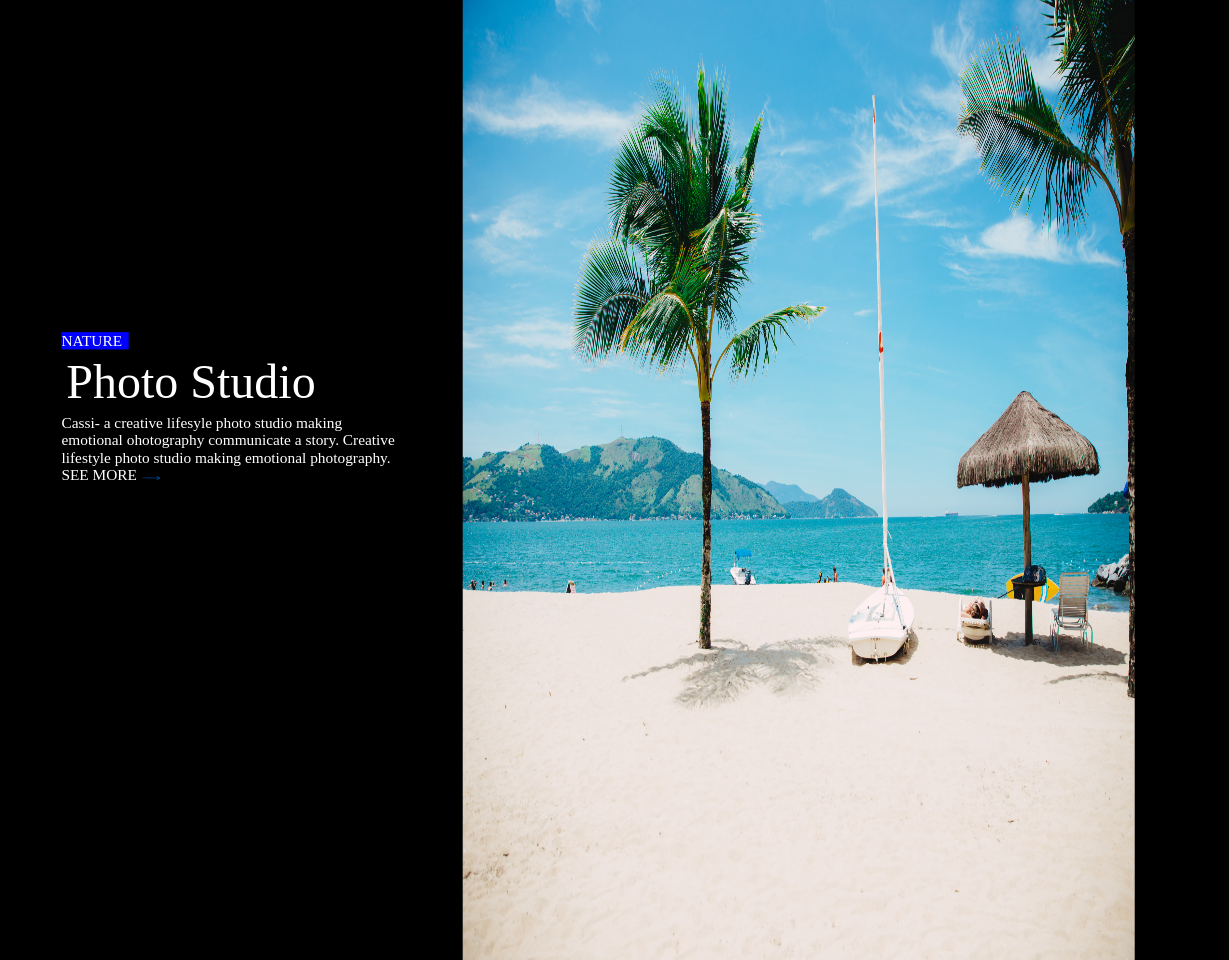
Repository: BRAspeaks/petty-project1
Page: petty project 1.html
An editor plug-in stored every save of this project. The page is shown before and after a run of saves, followed by the edit.
The browser window is 1280 px wide. The pictures show the whole page, at 96% of full size.

Above is the page before, as saved 2022-07-25 15:09:18.

After the next 4 saves:
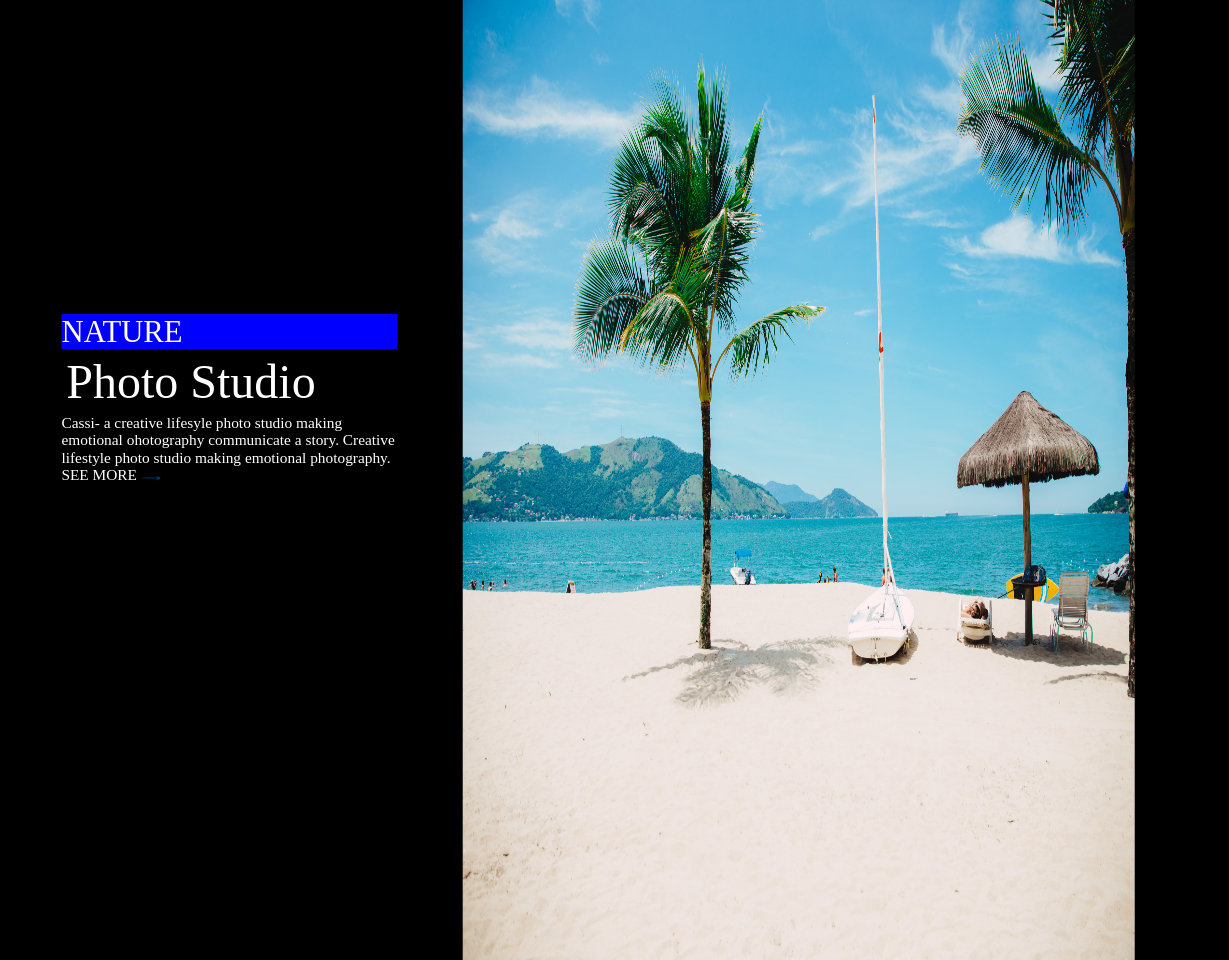
The 4 saves are shown as one change because they came seconds apart.
The last was saved 51 s later.
--- a/pettyproject1.css
+++ b/pettyproject1.css
@@ -17,7 +17,8 @@ body{
 }
 .Nature{
     background-color: blue;
-    width:70px;
+    /* width:70px; */
+    font-size: 2rem;
 }
 .photo{
     font-size: 50px;
